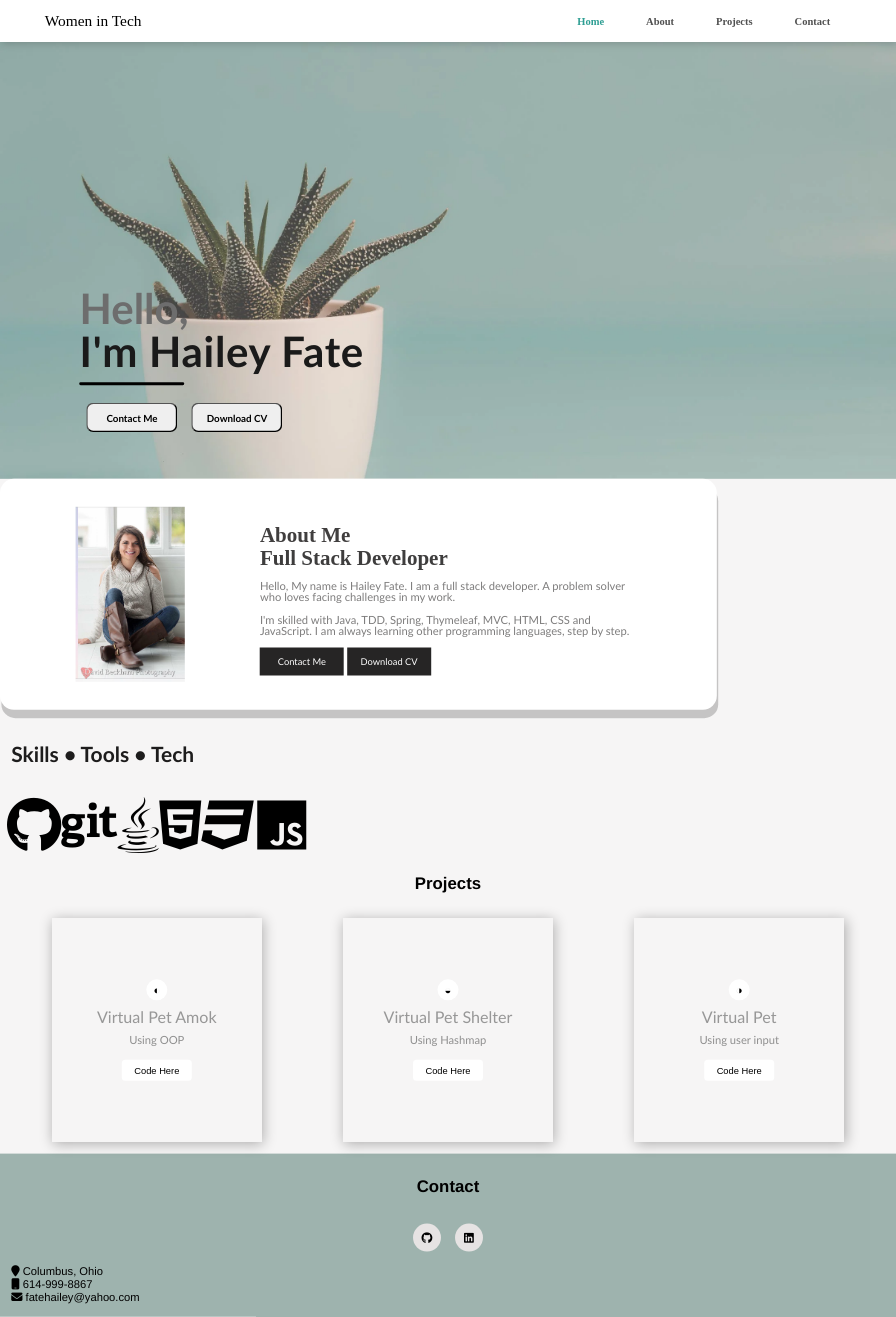
Repository: fatehailey/fatehailey.github.io
Page: index.html
The author's editor kept a copy of each file at every save. The page is drawn from the files as they stood at one save, then again after the next save.
The browser window is 1280 px wide. The pictures show the whole page, at 70% of full size.
Some web libraries are served in a nearby version.

Above is the page before, as saved 2022-07-25 15:18:12.

After the next save:
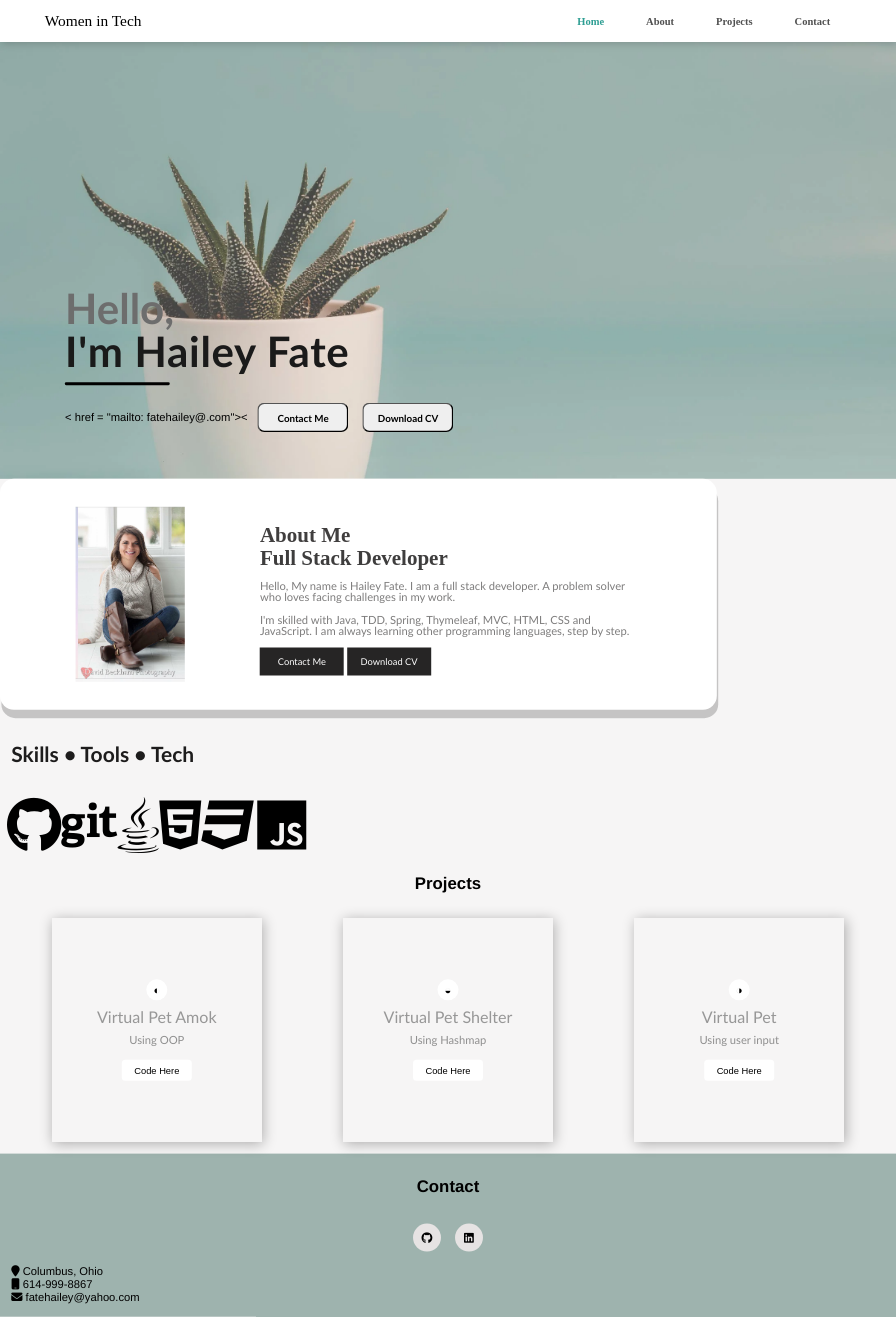
Saved 40 s later.
--- a/index.html
+++ b/index.html
@@ -26,7 +26,7 @@
         <p>Hello,</p>
         <p>I'm Hailey Fate</p>
         <p class="line"></p>
-        <a href = "mailto: fatehailey@.com"></a>
+        < href = "mailto: fatehailey@.com"><
         <button id="contact-form">Contact Me</a>
         <a href="Resume -JAVA.pdf">
             <button>Download CV</button>
